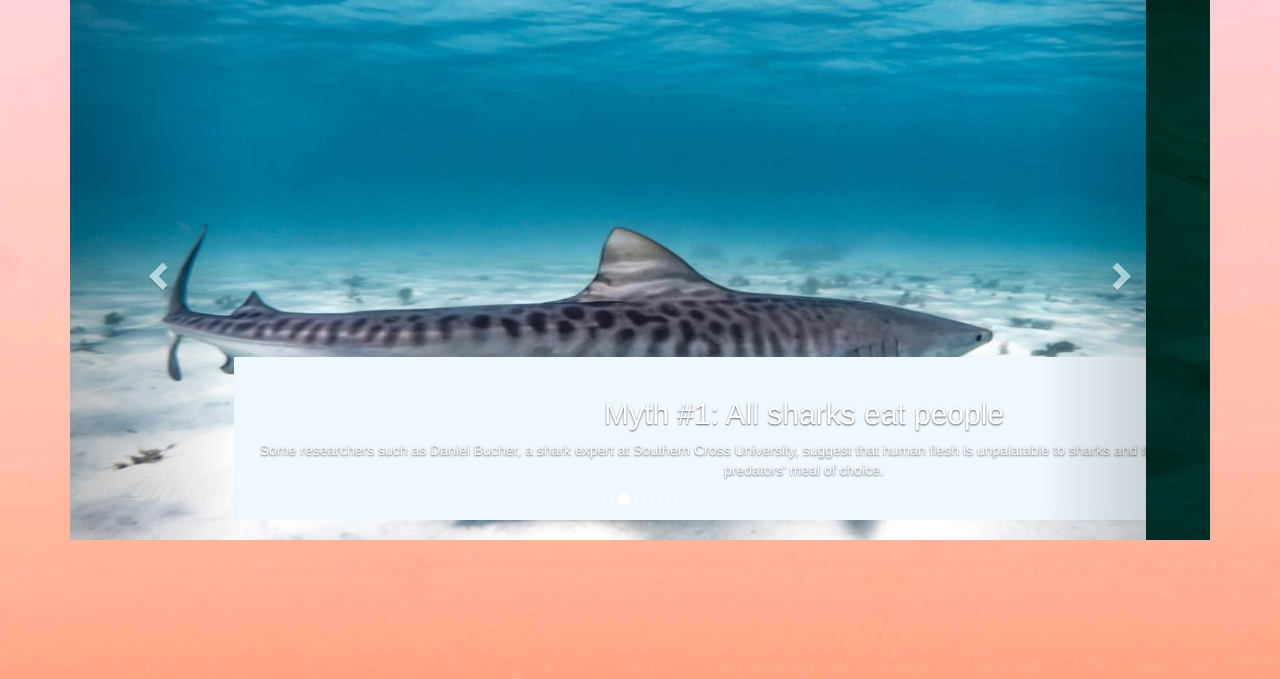
Repository: lacey-crenshaw/carousel
Page: index.html
An editor plug-in stored every save of this project. The page is shown before and after the next save, followed by the edit.
The browser window is 1280 px wide. The pictures show the whole page.

Above is the page before, as saved 2020-02-16 18:00:12.

### index.html
<!DOCTYPE html>
<html lang="en">

<head>
    <link rel="stylesheet" href="https://maxcdn.bootstrapcdn.com/bootstrap/3.4.1/css/bootstrap.min.css">
    <link rel="stylesheet" href="images/styles/styles.css">
    <meta charset="utf-8">
    <title>Bootstrap Carousel</title>



</head>

<body>

    <div class="container">
        <div class="row">
            <div class="col-sm-12">

                <div id="my-slider" class="carousel slide" data-ride="carousel">

                    <!-- indicators nav -->
                    <ol class="carousel-indicators">
                        <li data-target="#my-slider" data-slide-to="0" class="active"></li>
                        <li data-target="#my-slider" data-slide-to="1"></li>
                        <li data-target="#my-slider" data-slide-to="2"></li>
                        <li data-target="#my-slider" data-slide-to="3"></li>
                        <li data-target="#my-slider" data-slide-to="4"></li>
                    </ol>

                    <!-- wrapper for slides -->
                    <div class="carousel-inner" role="listbox">
                        <div class="item active">
                            <img src="images/tigerShark.jpg" alt="Black Shark">
                            <div class="carousel-caption">
                                <h2>Myth #1: All sharks eat people</h2>
                                <p>Some researchers such as Daniel Bucher, a shark expert at Southern Cross University,
                                    suggest that human flesh is unpalatable to sharks and that people are far from being
                                    the predators' meal of choice.</p>
                            </div>
                        </div>

                        <div class="item">
                            <img src="images/grayShark.jpg" alt="Gray Shark">
                            <div class="carousel-caption">
                                <h2>Myth #2: Sharks aren't clever and have tiny, walnut-size brains</h2>
                                <p>False. Sharks are actually one of the most intelligent creatures in the ocean,
                                    thanks to more than 400 million years of evolution. The animals' brain-to-body ratio
                                    is similar to that of most birds and mammals, according to a paper by Leo Demski and
                                    R. Glenn Northcutt who studied shark brain size in 1996.</p>
                            </div>
                        </div>

                        <div class="item">
                            <img src="images/whaleShark.jpg" alt="Whale Shark">
                            <div class="carousel-caption">
                                <h2>Myth #3: All sharks are big and scary, and have lots of sharp teeth</h2>
                                <p>There are more than 450 species of sharks, and they come in all shapes and sizes. The
                                    basking shark is the second largest fish in the sea, but it eats only plankton with
                                    its tremendously large mouth, which can measure more than 3 feet (0.9 m) wide.</p>
                            </div>
                        </div>

                        <div class="item">
                            <img src="images/greatWhite.jpg" alt="Great White Shark">
                            <div class="carousel-caption">
                                <h2>Myth #4: If you're attacked by a shark, you should punch it in the nose</h2>
                                <p>That's probably not a good idea. The best way to escape is to go for the shark's eye.
                                    Sharks have an eyelid-like barrier to protect them from prey thrashing around in
                                    their jaws, but it's not designed to shield from fingers.</p>
                            </div>
                        </div>

                        <div class="item">
                            <img src="images/blackShark.jpg" alt="Black Shark">
                            <div class="carousel-caption">
                                <h2>Myth #5: Nothing eats sharks</h2>
                                <p>While the largest sharks, such as tiger sharks and whale sharks, have very little to
                                    worry about from predators, the smaller sharks are not so lucky. Some shark species
                                    are incredibly small, and so they can make handy snacks for larger species. A few
                                    marine mammals, including orca whales, prey on sharks, too.</p>
                            </div>
                        </div>

                    </div>

                    <!-- controls for next and previous buttons -->
                    <a class="left carousel-control" href="#my-slider" role="button" data-slide="prev">
                        <span class="glyphicon glyphicon-chevron-left" aria-hidden="true"></span>
                        <span class="sr-only">Previous</span>
                    </a>
                    <a class="right carousel-control" href="#my-slider" role="button" data-slide="next">
                        <span class="glyphicon glyphicon-chevron-right" aria-hidden="true"></span>
                        <span class="sr-only">Next</span>
                    </a>


                </div>

            </div>
        </div>
    </div>


    <script src="https://ajax.googleapis.com/ajax/libs/jquery/3.4.1/jquery.min.js"></script>
    <script src="https://maxcdn.bootstrapcdn.com/bootstrap/3.4.1/js/bootstrap.min.js"></script>
</body>

</html>

### images/styles/styles.css
body {
    background-image: url(../ocean-waves.jpg);
}

.carousel-inner>.item>img,
.carousel-inner>.item>a>img {
    width: 100% !important;
    height: 75vh;
}

.carousel-caption {
    background-color: aliceblue;
    width: 100%;
}

After the next save:
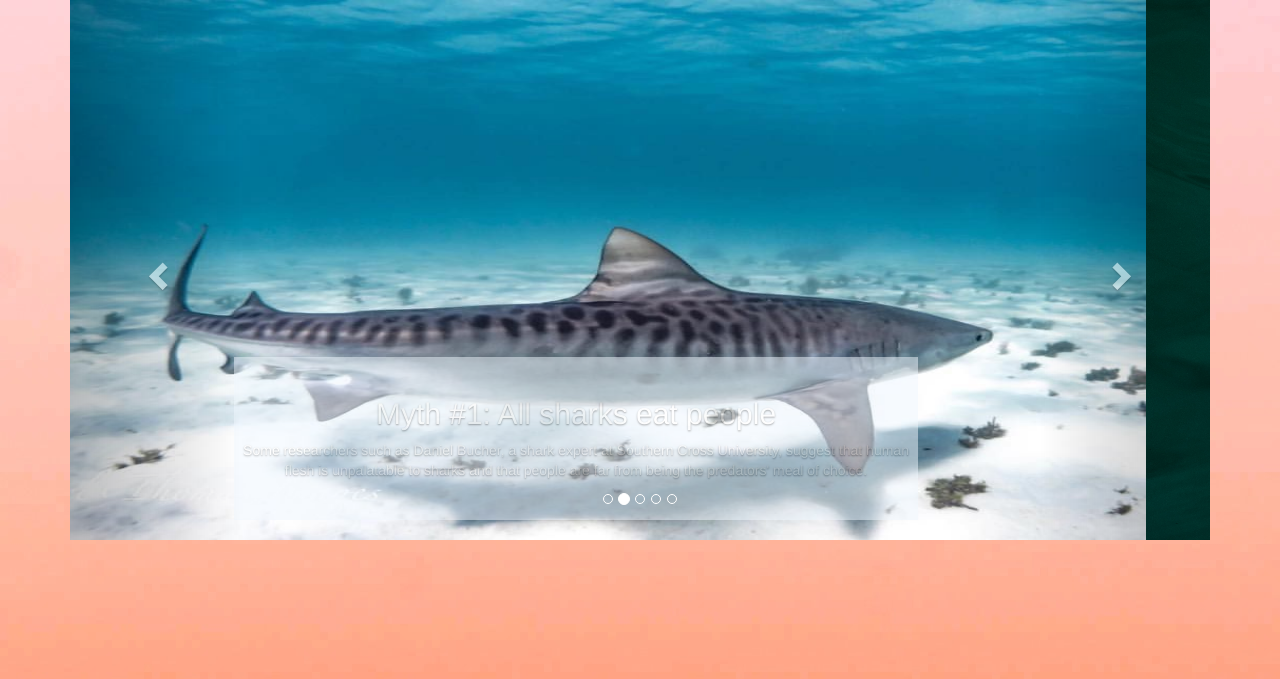
Saved 16 s later.
--- a/images/styles/styles.css
+++ b/images/styles/styles.css
@@ -10,5 +10,5 @@ body {
 
 .carousel-caption {
     background-color: aliceblue;
-    width: 100%;
+    opacity: 50%;
 }
